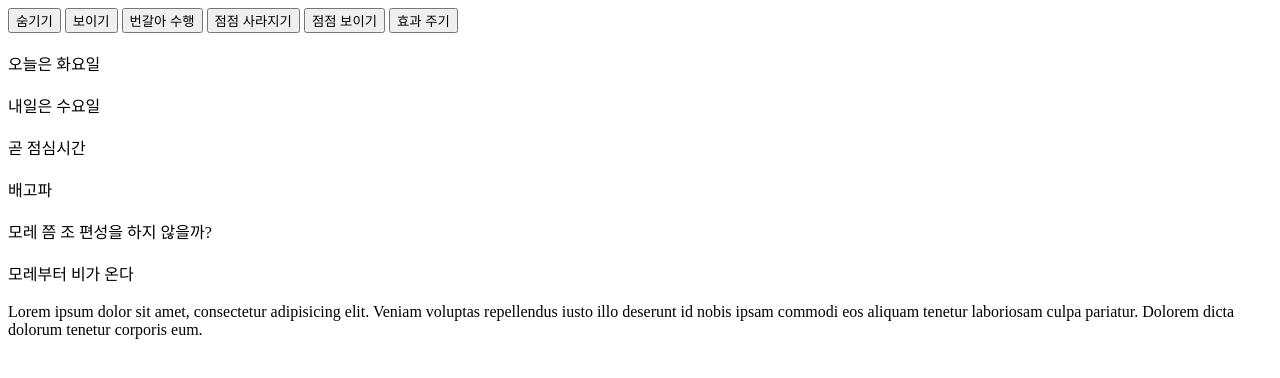
Repository: Shinhan1/shinhan
Page: http://localhost/web_goott/w20200324/jQueryEx12.jsp
The author's editor kept a copy of each file at every save. The page is drawn from the files as they stood at one save, then again after the next save.
The browser window is 1280 px wide. The pictures show the whole page.
The page is served by Tomcat 9.

Above is the page before, as saved 2020-03-24 03:18:39.

After the next save:
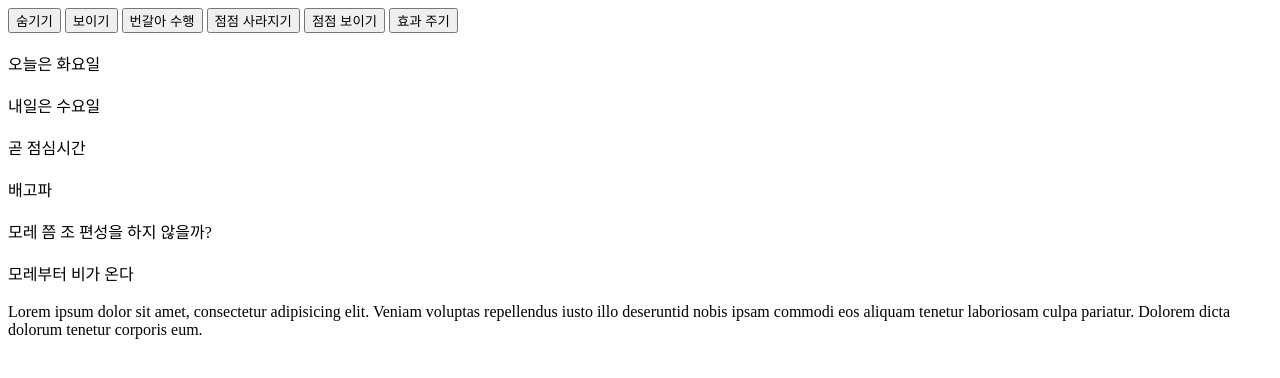
Saved 21 min 59 s later.
--- a/web_goott/WebContent/w20200324/jQueryEx12.jsp
+++ b/web_goott/WebContent/w20200324/jQueryEx12.jsp
@@ -5,6 +5,14 @@
 <head>
 <meta charset="UTF-8">
 <title>jQueryEx12.jsp</title>
+<script src="https://ajax.googleapis.com/ajax/libs/jquery/3.4.1/jquery.min.js"></script>
+<script type="text/javascript">
+	$(function(){
+		// 각 버튼을 누르면 기능을 수행
+		$('input[value="숨기기"]')
+
+	});
+</script>
 </head>
 <body>
 	<input type="button" value="숨기기" />
@@ -22,7 +30,9 @@
 		배고파 <br /><br />
 		모레 쯤 조 편성을 하지 않을까?<br /><br />
 		모레부터 비가 온다<br /><br />
-		Lorem ipsum dolor sit amet, consectetur adipisicing elit. Veniam voluptas repellendus iusto illo deserunt id nobis ipsam commodi eos aliquam tenetur laboriosam culpa pariatur. Dolorem dicta dolorum tenetur corporis eum.
+		Lorem ipsum dolor sit amet, consectetur adipisicing elit.
+		Veniam voluptas repellendus iusto illo deseruntid nobis ipsam commodi eos aliquam tenetur laboriosam culpa pariatur.
+		Dolorem dicta dolorum tenetur corporis eum.
 
 	</div>
 
